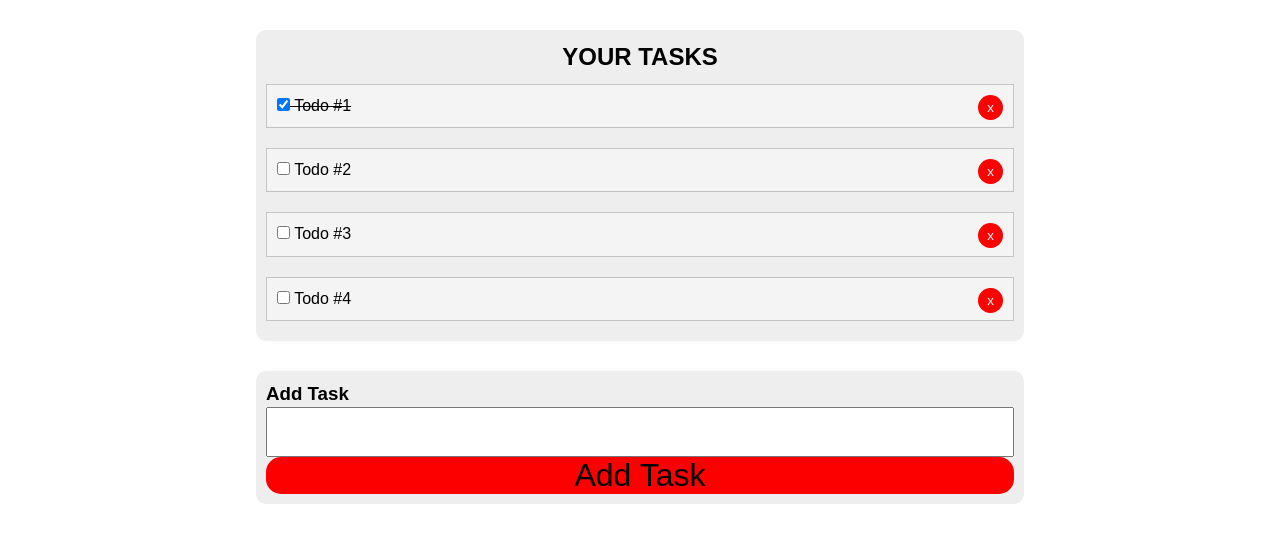
Repository: n0rthern-light/vuejs-taskmanager
Page: /
An editor plug-in stored every save of this project. The page is shown before and after the next save, followed by the edit.
The browser window is 1280 px wide. The pictures show the whole page.
The project was rebuilt for these pictures with package versions that can differ from the ones it lists, and the page was loaded fresh each time.

Above is the page before, as saved 2019-02-18 16:15:45.

After the next save:
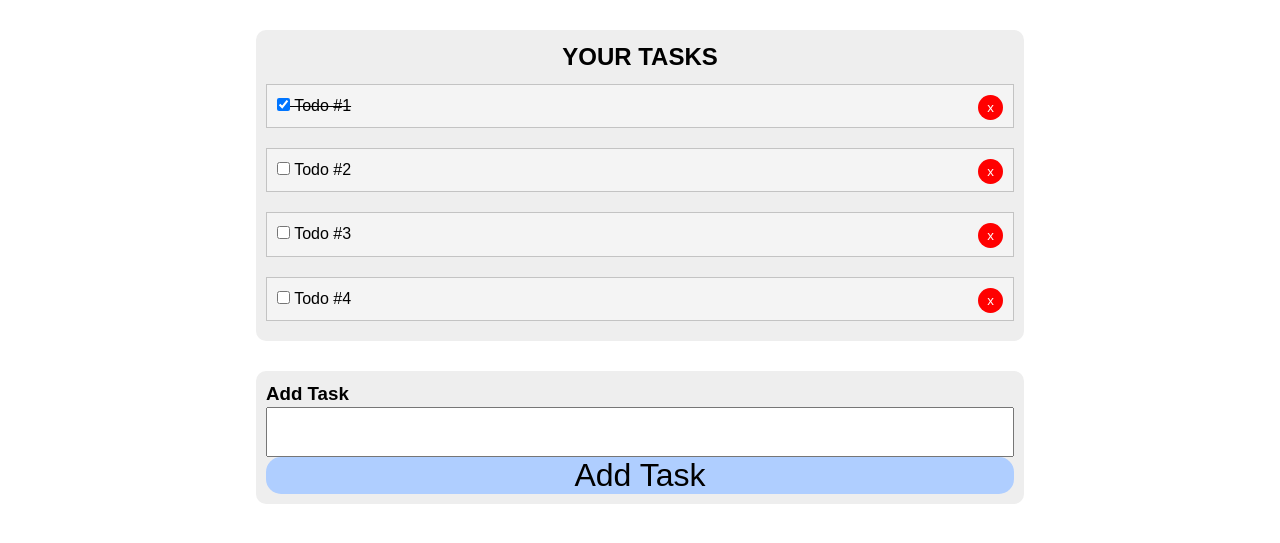
Saved 12 s later.
--- a/src/components/TodoAdd.vue
+++ b/src/components/TodoAdd.vue
@@ -37,7 +37,7 @@ export default {
 
 .container .btn {
   font-size: 2.0em;
-  background-color: #fc0000;
+  background-color: #afceff;
   border: none;
   border-radius: 15px;
 }
